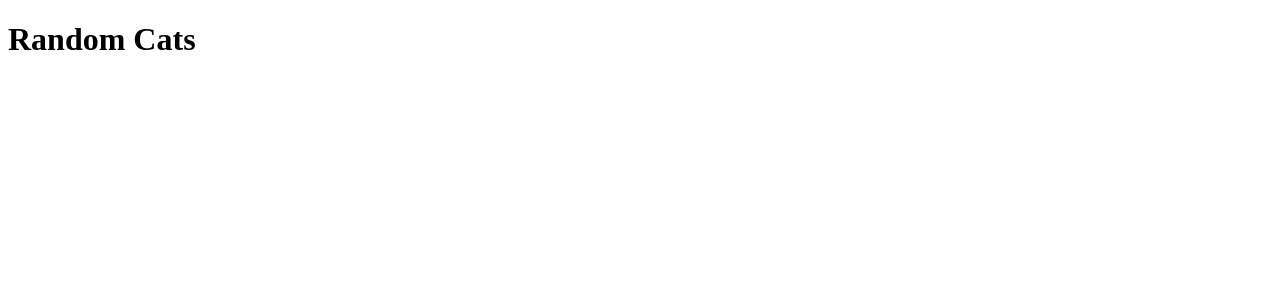
Repository: elto82/ConsumoAPIRESTjs
Page: index.html
The author's editor kept a copy of each file at every save. The page is drawn from the files as they stood at one save, then again after the next save.
The browser window is 1280 px wide. The pictures show the whole page.

Above is the page before, as saved 2022-07-02 17:14:05.

After the next save:
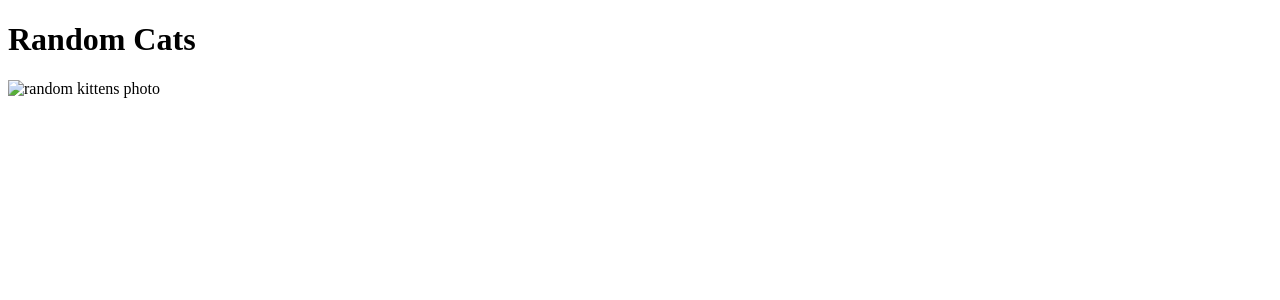
Saved 38 s later.
--- a/index.html
+++ b/index.html
@@ -8,7 +8,7 @@
 </head>
 <body>
   <h1> Random Cats</h1>
-  <img alt="">
+  <img alt="random kittens photo">
 
 </body>
 </html>
